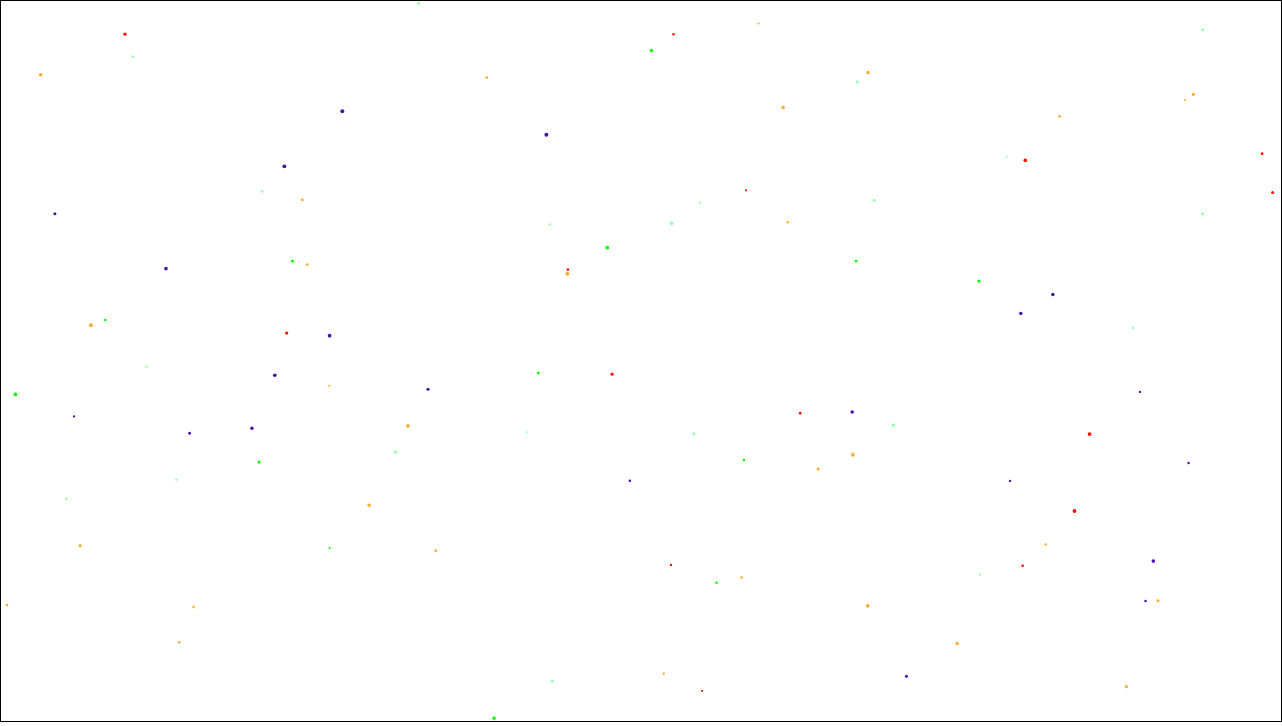
Repository: msminsu/study-canvas
Page: canvas/index.html
The author's editor kept a copy of each file at every save. The page is drawn from the files as they stood at one save, then again after the next save.
The browser window is 1280 px wide. The page is 1282 px wide, so the pictures cover 1282 px, including what lies to the right of the window. The pictures show the whole page.

Above is the page before, as saved 2018-11-26 08:40:58.

### canvas/index.html
<!DOCTYPE html>
<html lang="en">
<head>
    <meta charset="UTF-8">
    <title>Document</title>
    <style>
        body{
            margin: 0;
        }
        canvas{
            width:100%;
            height: 100vh;
            border:1px solid black

        }
    </style>
</head>
<body>
    <canvas></canvas>
</body>
<script>
    var canvas = document.querySelector('canvas');
    canvas.width = window.innerWidth;
    canvas.height = window.innerHeight;

    var c = canvas.getContext('2d');

    // c.fillRect(100,100, 20, 20);


    /* c.beginPath();
    c.arc(200,200,30, 0, Math.PI * 2, false);
    c.strokeStyle = 'blue';
    c.stroke(); */


var mouse = {
    x:undefined,
    y: undefined
}

var maxRadius = 40;
var minRadius = 2;

var colorArray = [
    '#ffaa33',
    '#99ffaa',
    '#00ff00',
    '#4411aa',
    '#ff1100',
]

window.addEventListener('mousemove',
function(event){
 mouse.x = event.x;
 mouse.y = event.y;
}
)
function Circle(x,y, dx, dy, radius){
        this.x = x;
        this.y = y;
        this.dx = dx;
        this.dy = dy;
        this.radius = radius;
        this.color = colorArray[ Math.floor(Math.random() * colorArray.length)];

        this.draw = function(){
            c.beginPath();
            c.arc(this.x, this.y, this.radius, 0, Math.PI * 2, false);
            c.fillStyle = this.color;
            //c.stroke();
            c.fill();
        }

        this.updat = function(){
            if( this.x + this.radius > innerWidth || this.x -this.radius < 0){
            this.dx = -this.dx;
            }

            if( this.y + this.radius > innerHeight || this.y -this.radius < 0){
                this.dy = -this.dy;
            }
            this.x += this.dx;
            this.y += this.dy;

            //
            if(mouse.x - this.x < 50 && mouse.x - this.x > -50
            && mouse.y - this.y < 50 && mouse.y - this.y > -50
            ){
                if(this.radius < maxRadius){
                    this.radius += 1;
                }

            }else if(this.radius > minRadius){
                this.radius -= 1;
            }

            this.draw();
        }
}

var circle = new Circle(200, 200, 3,3, 30);

// circle.draw();





var circleArr = [];

for(var i =0; i<100; i++){
    var radius = Math.random() *3 + 1;
    var x = Math.random() * (innerWidth - radius * 2) + radius;
    var y = Math.random() * (innerHeight - radius * 2) + radius;
    var dx = (Math.random() - 0.5); //* 8;
    var dy = (Math.random() - 0.5); //* 8;
    circleArr.push(new Circle(x, y, dx, dy, radius));
}

    function animate(){
        requestAnimationFrame(animate);


        c.clearRect(0, 0, innerWidth, innerHeight);

        for(var i = 0; i<circleArr.length; i++){
            circleArr[i].updat();
        }
        // circle.draw();

        // c.beginPath();
        // c.arc(x,y,radius, 0, Math.PI * 2, false);
        // c.strokeStyle = 'blue';
        // c.stroke();

       /*  if( x + radius > innerWidth || x -radius < 0){
            dx = -dx;
        }

        if( y + radius > innerHeight || y -radius < 0){
            dy = -dy;
        }
        x += dx;
        y += dy; */
    }

animate();

</script>
</html>

After the next save:
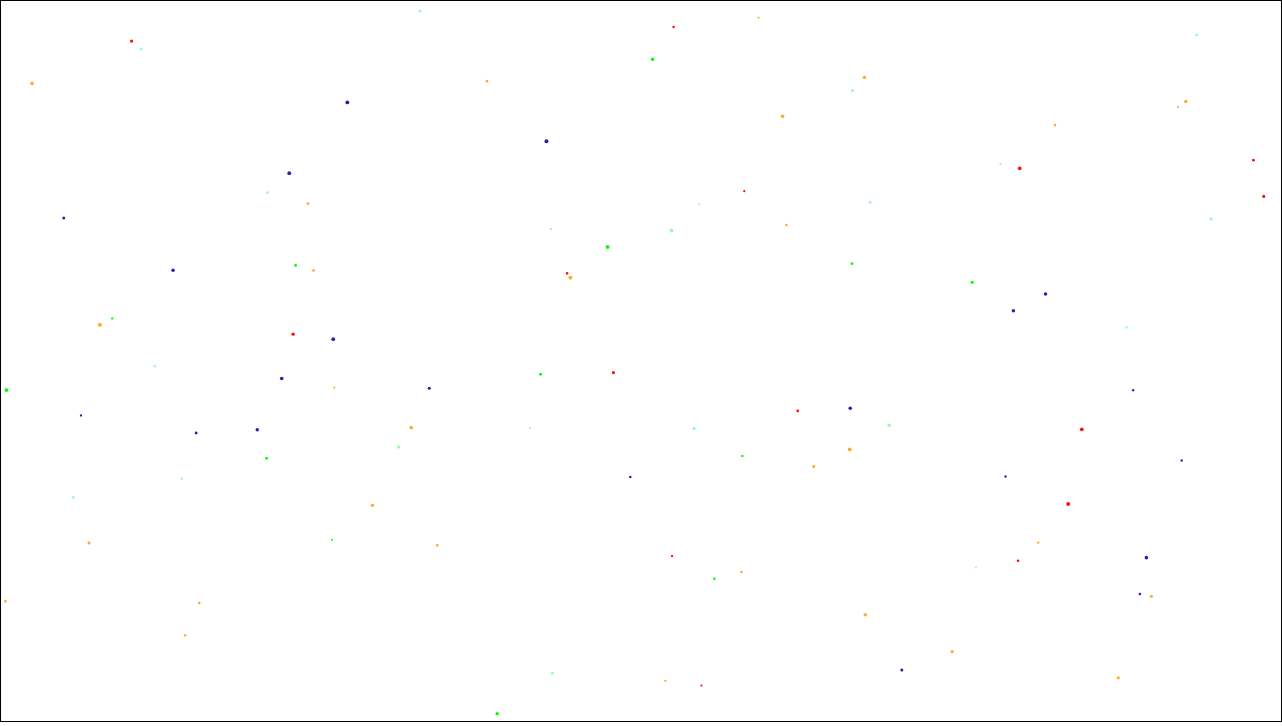
Saved 13 s later.
--- a/canvas/index.html
+++ b/canvas/index.html
@@ -110,7 +110,7 @@
 var circleArr = [];
 
 for(var i =0; i<100; i++){
-    var radius = Math.random() *3 + 1;
+    var radius = Math.random() *3 + 10;
     var x = Math.random() * (innerWidth - radius * 2) + radius;
     var y = Math.random() * (innerHeight - radius * 2) + radius;
     var dx = (Math.random() - 0.5); //* 8;

After the save that followed:
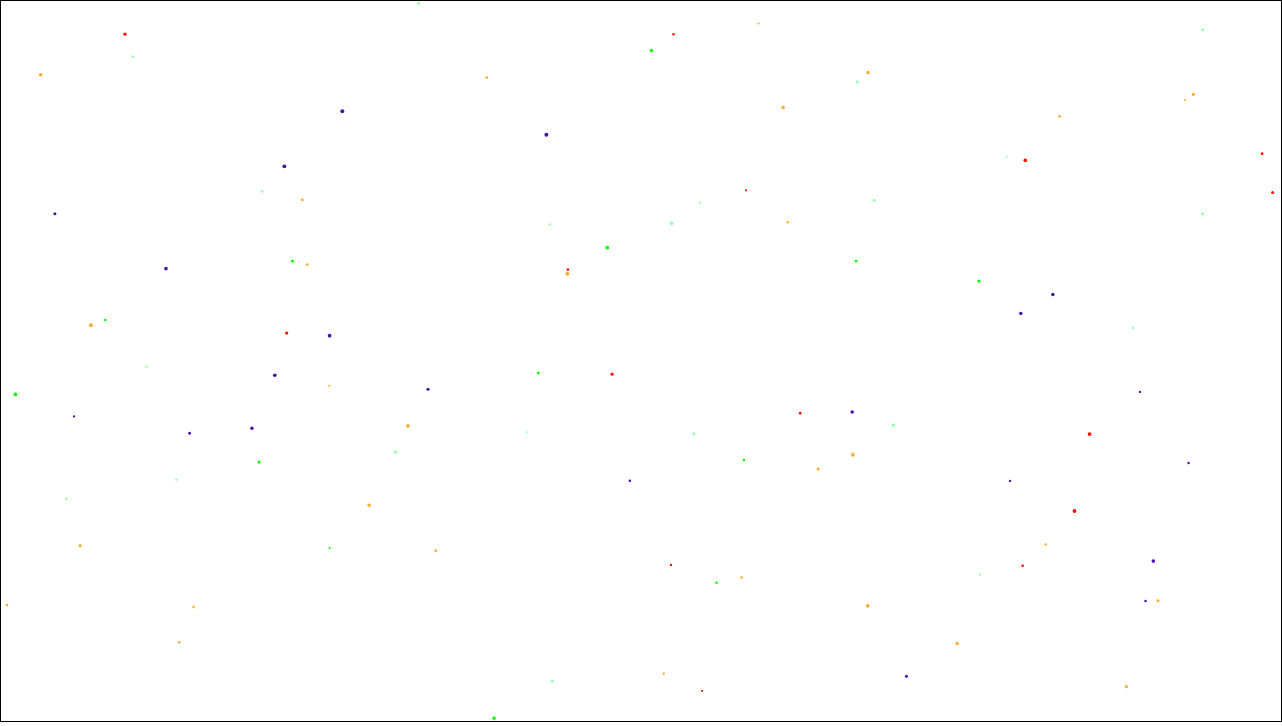
Saved 22 s later.
--- a/canvas/index.html
+++ b/canvas/index.html
@@ -110,7 +110,7 @@
 var circleArr = [];
 
 for(var i =0; i<100; i++){
-    var radius = Math.random() *3 + 10;
+    var radius = Math.random() *3 + 1;
     var x = Math.random() * (innerWidth - radius * 2) + radius;
     var y = Math.random() * (innerHeight - radius * 2) + radius;
     var dx = (Math.random() - 0.5); //* 8;
